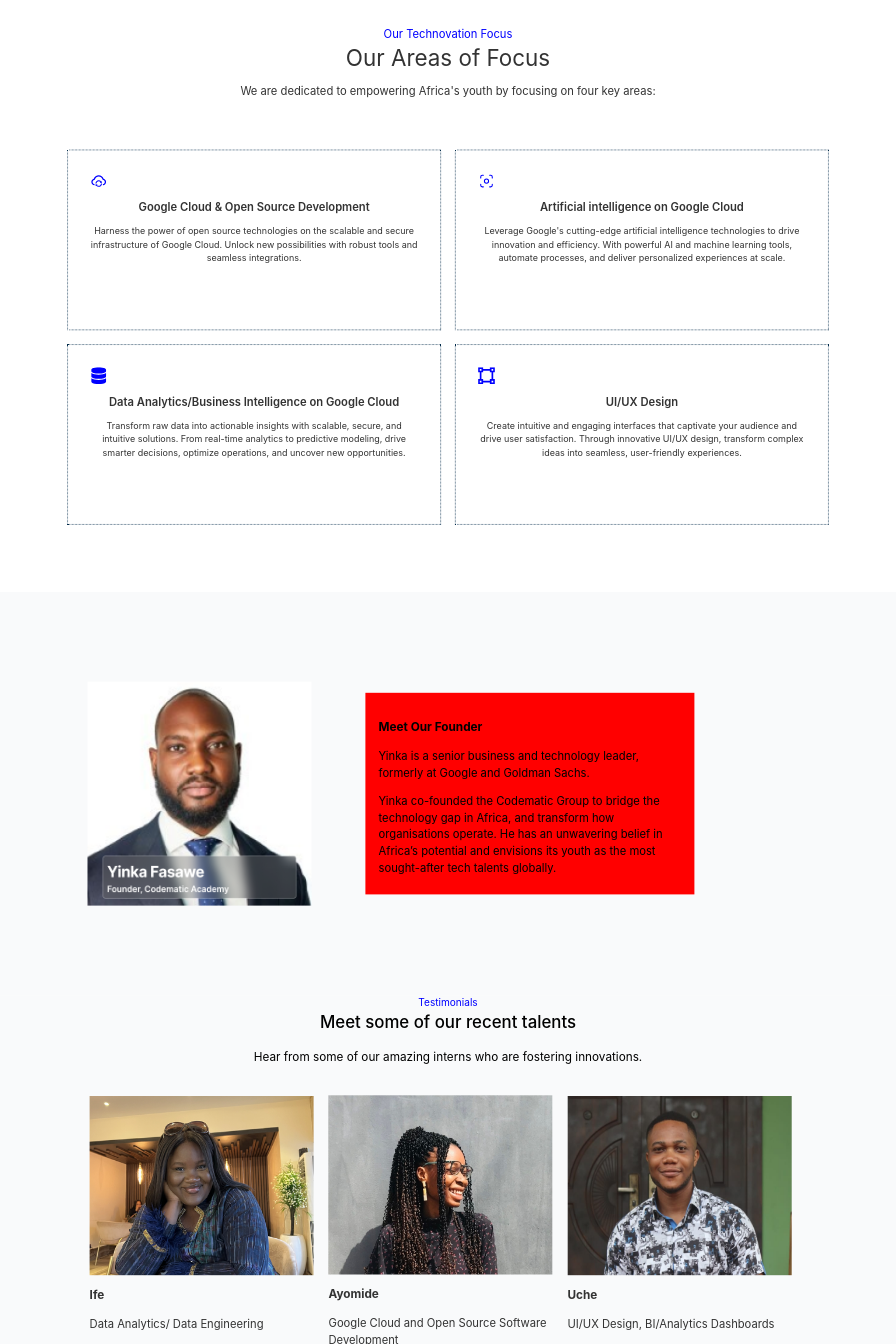
Repository: Gabriel221-dev/Codematic-page
Page: /
An editor plug-in stored every save of this project. The page is shown before and after the next save, followed by the edit.
The browser window is 1280 px wide. The pictures show the part of the page from y = 2224 to 4144 px (the page is 4962 px tall before and 4908 px after), at 70% of full size.
The project was rebuilt for these pictures with package versions that can differ from the ones it lists, and the page was loaded fresh each time. Also part of the build but not shown: vite.config.js, src/App.css.

Above is the page before, as saved 2024-07-31 06:19:38.

### src/App.jsx
import "./App.css";
import Home from "./pages/home";
import Header from "./components/Header";
import Footer from "./components/Footer";
import { BrowserRouter as Router, Route, Routes } from "react-router-dom";
import "./styles/global.css";

const App = () => {
  return (
    <Router>
      <Header />
      <main>
        <Routes>
          <Route path="/" element={<Home />} />
        </Routes>
      </main>
      <Footer />
    </Router>
  );
};

export default App;

### src/index.css
:root {
  font-family: Inter, system-ui, Avenir, Helvetica, Arial, sans-serif;
  line-height: 1.5;
  font-weight: 400;

  /* color-scheme: light dark;
  background-color: #242424;
  background-color:turquoise; */

}

### src/components/Header.jsx
import { useState } from "react";
import { NavLink } from "react-router-dom";
import { FaBars } from "react-icons/fa";
import Sidebar from "./Sidebar";
import "./Header.css";
import { IconContext } from "react-icons";

const Header = () => {
  const [isSidebarToggled, setSidebarToggled] = useState(false);

  const handleToggle = () => {
    setSidebarToggled((prev) => !prev);
  };

  return (
    <>
      <IconContext.Provider value={{ color: "#fff" }}>
        <header className="header">
          <NavLink className="header__brand" to="/">
            <img
              className="header__logo"
              src="/public/Images/codematic-logo-dark-1536x351.png.png"
              alt="Logo"
              loading="eager"
              width="160"
            />
          </NavLink>
          <nav className="header__nav">
            <ul className="header__navigation">
              <li className="header__link">
                <NavLink
                  className={({ isActive }) =>
                    isActive
                      ? "header__anchor header__anchor--active"
                      : "header__anchor"
                  }
                  to="/"
                >
                  Home
                </NavLink>
              </li>
              <li className="header__link">
                <NavLink
                  className={({ isActive }) =>
                    isActive
                      ? "header__anchor header__anchor--active"
                      : "header__anchor"
                  }
                  to=""
                >
                  About Us
                </NavLink>
              </li>
              <li className="header__link">
                <NavLink
                  className={({ isActive }) =>
                    isActive
                      ? "header__anchor header__anchor--active"
                      : "header__anchor"
                  }
                  to=""
                >
                  Focus Areas
                </NavLink>
              </li>
              <li className="header__link">
                <NavLink
                  className={({ isActive }) =>
                    isActive
                      ? "header__anchor header__anchor--active"
                      : "header__anchor"
                  }
                  to=""
                >
                  Our Goals
                </NavLink>
              </li>
              <li className="header__link">
                <NavLink
                  className={({ isActive }) =>
                    isActive
                      ? "header__anchor header__anchor--active"
                      : "header__anchor"
                  }
                >
                  Testimonies
                </NavLink>
              </li>
            </ul>

            <button
              className="header__menu"
              title="Toggle Menu"
              onClick={handleToggle}
            >
              <FaBars />
            </button>
          </nav>
          <ul className="Btn">
            <NavLink className="header__btn" to="/contact">
              Apply Now
            </NavLink>
          </ul>
          <Sidebar isOpen={isSidebarToggled} onToggle={handleToggle} />
        </header>
      </IconContext.Provider>
    </>
  );
};

export default Header;

### src/components/Footer.jsx
import { Link } from "react-router-dom";
import "./Footer.css";
import { BsTwitterX } from "react-icons/bs";
import { FaLinkedin } from "react-icons/fa6";
import { FaFacebook } from "react-icons/fa";

const Footer = () => {
  return (
    <footer className="footer">
      <div>
        <container className="section-1">
          <div className="section1">
            <img
              className="footer__logo"
              src="/public/Images/codematic-logo-white 2.png"
              alt="Logo"
              loading="lazy"
              width="160"
            />

            <ul className="footer__navigation">
              <li className="footer__link">
                <Link className="link-anchor footer__anchor" to="">
                  About Us
                </Link>
              </li>
              <li className="footer__link">
                <Link className="link-anchor footer__anchor" to="">
                  Contact Us
                </Link>
              </li>
              <li className="footer__link">
                <Link className="link-anchor footer__anchor" to="">
                  Privacy Policy
                </Link>
              </li>
            </ul>
          </div>
        </container>
        <div className="divider"></div>
        <div className="section2">
          <div className="bottom">
            <div className="Left">
              <p>© 2024 Codematic. All rights reserved</p>.
            </div>
            <div className="icon">
              <BsTwitterX />
            </div>
            <div className="icon">
              <FaLinkedin />
            </div>
            <div className="icon">
              <FaFacebook />
            </div>
          </div>
        </div>
      </div>
    </footer>
  );
};

export default Footer;

### src/styles/global.css
* {
    padding: 0;
  }

  body {
    /* line-height: 1.6; */
    color: #333;
    background-color: white;
    padding: 0;
    margin: 0 ;
  }

  section{
    padding: 0 10%;
  }

### src/components/Sidebar.jsx
import PropTypes from "prop-types";
import { useNavigate } from "react-router-dom";
import { AiOutlineClose } from "react-icons/ai";
import "./Sidebar.css";
import { IconContext } from "react-icons";

const Sidebar = ({ isOpen, onToggle }) => {
  const navigate = useNavigate();

  const handleNavigate = (path) => {
    navigate(path);
    onToggle();
  };

  return (
    <IconContext.Provider value={{ color: "#fff" }}>
      <div className={`sidebar ${isOpen ? "sidebar--open" : ""}`}>
        <div className="sidebar__overlay" onClick={onToggle}></div>
        <div className="sidebar__content">
          <div className="sidebar__header">
            <button
              className="sidebar__close"
              title="Close Menu"
              onClick={onToggle}
            >
              <AiOutlineClose />
            </button>
          </div>

          <ul className="sidebar__navigation">
            <li className="sidebar__link">
              <button
                className="sidebar__anchor"
                onClick={() => handleNavigate("/")}
              >
                Home
              </button>
            </li>

            <li className="sidebar__link">
              <button
                className="sidebar__anchor"
                onClick={() => handleNavigate()}
              >
                About Us
              </button>
            </li>
            <li className="sidebar__link">
              <button
                className="sidebar__anchor"
                onClick={() => handleNavigate()}
              >
                Focus Areas
              </button>
            </li>
            <li className="sidebar__link">
              <button
                className="sidebar__anchor"
                onClick={() => handleNavigate()}
              >
                Testimonies
              </button>
            </li>
          </ul>

          <button className="sidebar__btn" onClick={() => handleNavigate()}>
            Apply Now
          </button>
        </div>
      </div>
    </IconContext.Provider>
  );
};

Sidebar.propTypes = {
  isOpen: PropTypes.bool.isRequired,
  onToggle: PropTypes.func.isRequired,
};

export default Sidebar;

### src/components/Header.css
.header {
    background-color:aliceblue;
    height: 1.1rem;
    display: flex;
    /* justify-content: space-between; */
    align-items: center;
    padding: 1rem 7rem;
  }

  @media only screen and (max-width: 850px) {
    .header {
        background-color:black;
      height: 150px;
      /* background-color:red; */
      align-items:left;
    }
  }

  @media only screen and (max-width: 576px) {
    .header {
        background-color:fuchsia;
      height: 50px;
    }
  }

  @media only screen and (max-width: 450px) {
    .header {
        background-color:green;
        height: 75px;
        width: 450px;
    }
  }

  .header__nav {
    align-items: center;
    display: grid;
    grid-template-columns: max-content 1fr max-content;
    align-items: center;
    font-size: .7rem;

    @media only screen and (max-width: 768px) {
      column-gap: 4rem;
    }

    @media only screen and (max-width: 576px) {
        grid-template-columns: repeat(2, 1fr);
        column-gap: 0;
    }
  }

  .header__logo {
    max-width: 100px;
    background-color:red;
    margin-left: 1rem;



    @media only screen and (max-width: 768px) {
      margin-right: 14rem;
      margin-left: -5rem;
    }

    @media only screen and (max-width: 440px) {
        margin-right: 14rem;
        margin-left: -5rem;
        background-color:palegoldenrod;
      }
  }

  .header__navigation {
    margin: 10rem;
    list-style: none;
    display: flex;
    align-items:center;
    /* margin: 0;
    padding: 0; */
    /* text-decoration: none; */
    justify-content: space-between;
    column-gap: -1rem;

    @media only screen and (max-width: 820px) {
      display: none;
    }
  }

  .header__link {
    margin: 1.3rem;
    text-decoration: none;
    display: flex;
    justify-content: space-between;
    /* width: 7rem; */
  }

  /* .header:last-child {
    margin-right: 0;
  } */

  .header__anchor {
    text-decoration: none;
    color: #333;
    font-weight: bold;
    text-align: center;
  }

  .header__anchor:hover{
    text-decoration: none;
  }

  .header__anchor--active {
    color: black;
}

.Btn{
    margin-left: 6rem;
    /* width: 15rem; */
}

  .header__btn {
    display: flex;
    justify-content: flex-end;
    font-size: .6rem;
    background-color: blue;
    border: 2px solid #fff;
    width: 3rem;
    height: 1rem;
    padding: .5rem .5rem .5rem .5rem;
    border-radius:3px;
    color: #fff;
    text-decoration: none;
    cursor: pointer;

    @media only screen and (max-width: 820px) {
      display: none;
    }
  }

  .header__btn:hover{
    background-color:white;
    color:blue;
    text-decoration: none;
    border-radius:16px;
    transform: scale(1.05);
    transition: transform 0.6s ease-in-out, border-bottom 0.6s ease;
  }

  .header__menu {
    display: none;

    @media only screen and (max-width: 820px) {
      display: flex;
      width: 50px;
      height: 28px;
      padding: .1rem;
      border: 0;
      outline: 0;
    }
  }

  .header__menu:hover{
    background:none;
  }

### src/components/Footer.css
.footer {
    /* background-color: rgb(4, 4, 55); */
    /* display: flex; */
    /* grid-template-rows: 48px auto 48px; */
    /* padding: 1rem; */
    /* justify-content: center; */
    /* font-size: 1rem; */
  }
/*
  @media only screen and (max-width: 768px) {
    .footer {
      grid-template-rows: 50px repeat(1, min-content) 56px;
    }
  }

  @media only screen and (max-width: 650px) {
    .footer {
      grid-template-rows: 64px repeat(1, min-content) 64px;
    }
  } */

  .footer__content {
    /* display: grid; */
    /* text-align: center; */
    /* grid-template-columns: max-content 1fr max-content; */
    /* column-gap: 12.5rem; */
    /* grid-column: 2; */
    /* grid-row: 2 / 3; */
  }

  /* @media only screen and (max-width: 1024px) {
    .footer__content {
      column-gap: 8rem;
    }
  }

  @media only screen and (max-width: 768px) {
    .footer__content {
      grid-template-columns: repeat(1, 1fr);
      grid-template-rows: repeat(1, min-content);
      row-gap: 3.2rem;
    }
  } */

  @media only screen and (max-width: 480px) {
    .footer__content {
      /* grid-template-columns: 1fr; */
      /* grid-template-rows: repeat(1, min-content); */
      /* row-gap: 2.4rem; */
    }
  }

  .footer__pages {
    /* display: flex; */
    /* font-size: 2rem; */
    /* align-content: space-between; */
    /* gap: 2rem; */
  }

  /* @media only screen and (max-width: 480px) {
    .footer__pages {
      grid-column: 1 / 3;
      grid-row: 1 / 2;
      justify-self: center;
      align-items: center;
    }
  }

  .footer__logo {
    width: 7rem;
    text-align: center;
  }

  @media only screen and (max-width: 768px) {
    .footer__logo {
      width: 96px;
    }
  }

  @media only screen and (max-width: 480px) {
    .footer__logo {
      margin-bottom: 24px;
    }
  }

  .footer__navigation {
    list-style: none;
    display: flex;
    font-size: .4rem;
    /* justify-content: center; */
    /* margin-bottom: 7px; */

  /* @media only screen and (max-width: 768px) {
    .footer__navigation {
      margin-bottom: 0;
    }
  } */

  /* .bottom{
    font-size: .7rem;
    display: flex;
    justify-content: flex-end;

  }

  .icon{
    margin: .7rem;
  }

  .footer__link {
    font-size: 1rem;
    margin-right: 40px;
    text-align: center;
    transition: color 0.3s;
    margin-right: .5rem;
  }  */
/*
  @media only screen and (max-width: 1024px) {
    .footer__link {
      margin-right: 24px;
    }
  }

  @media only screen and (max-width: 768px) {
    .footer__link {
      margin-right: 1rem;
      margin-bottom: 16px;
    }
  }

  .footer__link:hover {
    color:aqua;
  }

  .footer__anchor {
    text-decoration: none;
    color: white;
    font-size: 1.3rem;
    text-transform: uppercase;
  }

  @media only screen and (max-width: 768px) {
    .footer__anchor {
      font-size: .7rem;
    }
  }

  .footer p{
    background-color:red;
    width: 100%;
  } */

/* .section1{
    display: inline-flex;
    justify-content: center;
    align-content:center;
    margin: 1rem auto;
    padding: 2rem;
    background-color:red;
} */

/* .section-1 {
    display: flex;
    justify-content: center;
    align-items: center;
}

.section1 {
    display: inline-flex;
    justify-content: center;
    align-content: center;
    margin: 1rem auto;
    padding: 1rem;
    background-color: red;
}


.section2{
    background-color:red;
}

.line{
} */


/* .footer {
    background-color: rgb(4, 4, 55);
    padding: 2rem 0;
    position: relative;
  }

  .footer__logo {
    display: block;
    margin: 0 auto;
  }

  .footer__navigation {
    list-style: none;
    font-size: .8rem;
    padding: 0;
    display: flex;
    justify-content: center;
    margin: 1rem 0;
  }

  .footer__link {
    margin: 0 1rem;
  }

  .footer__anchor {
    text-decoration: none;
    color: white;
  }

  .section1 {
    text-align: center;
    padding: 2rem 0;
  }

  .section2 {
    position: relative;
    display: flex;
    justify-content: flex-end;
    align-items: flex-end;
    height: 50px;
  }

  .Left{
    padding-top: 5rem;
  }

  .bottom {
    display: flex;
    gap: 1rem;
    padding: 1rem;
  }

  .icon {
    font-size: 1.5rem;
    padding-top: 5rem;
  }



  .divider {
    width: 100%;
    border: 1px solid #000;
    margin: 2rem 0;
  } */

  .footer {
    background-color: rgb(4, 4, 55);
    padding: 2rem 0;
    position: relative;
  }

  .footer__logo {
    display: block;
    margin: 0 auto;
  }

  .footer__navigation {
    list-style: none;
    font-size: 0.8rem;
    padding: 0;
    display: flex;
    justify-content: center;
    margin: 1rem 0;
  }

  .footer__link {
    margin: 0 1rem;
  }

  .footer__anchor {
    text-decoration: none;
    color: white;
  }

  .section1 {
    text-align: center;
    padding: 2rem 0;
  }

  .section-2 {
    display: flex;
    justify-content: space-between;
    align-items: center;
    padding: 1rem;
  }

  .left {
    color: aliceblue;
  }

  .icons {

  }

  .icon {
    font-size: 1.5rem;
    display: flex;
  }

  .divider {
    width: 100%;
    border-bottom: 1px solid #000;
    margin: 2rem 0;
  }

### src/components/Sidebar.css
.sidebar {
    display: none;
    width: 100%;
    height: 100%;
    position: fixed;
    top: 0;
    left: 0;
    z-index: 100;
    transition: all 0.3s ease;
  }

  .sidebar--open {
    display: grid;
    grid-template-columns: 1fr min-content;
  }

  .sidebar__overlay {
    grid-column: 1 / -1;
    grid-row: 1 / 2;
    background-color: rgba(0, 0, 0, 0.5);
    transition: background-color 0.3s ease;

  }

  .sidebar__content {
    grid-column: 2 / 3;
    grid-row: 1 / 2;
    background-color: #194c4c;
    width: 250px;
    display: grid;
    grid-template-rows: 128px repeat(2, min-content);
    grid-template-columns: 48px 1fr 25px;
    transition: width 0.3s ease;
    transition: width .4s ease;

  }

  .sidebar__header {
    grid-column: 2 / 3;
    justify-self: end;
    align-self: center;
  }

  .sidebar__close {
    background-color:#194c4c ;
    width: 30px;
    border: 0;
    outline: 0;
  }

  .sidebar__close:hover{
    background-color:#194c4c;
  }

  .sidebar__navigation {
    grid-column: 2 / 3;
    list-style: none;
    margin: 0;
    padding: 0;
  }

  .sidebar__link {
    margin-bottom: 2.4rem;
  }

  .sidebar__anchor {
    font-size: 1.1rem;
    color: #fff;
    background: transparent;
    border: none;
    text-decoration: none;
    cursor: pointer;
  }

  .sidebar__anchor:hover{
    background:none;
  }

  .sidebar__btn {
    grid-column: 2 / 3;
    background-color: transparent;
    border: 1px solid #fff;
    color: #fff;
    padding: 0.5rem 1rem;
    text-decoration: none;
    display: inline-block;
    cursor: pointer;
    width: 159px;
  }

  .sidebar__btn:hover{
    background:white;
    color:#194c4c;
    transform: scale(1.05);
    transition: transform 0.3s ease-in-out, border-bottom 0.6s ease;
  }

  .sidebar--open .sidebar__overlay {
    background-color: rgba(0, 0, 0, 0.5);
  }

  .sidebar--open .sidebar__content {
    width: 250px;
  }

  @media (max-width: 768px) {
    .header__menu {
      display: grid;
      background-color: transparent;
      width: 24px;
      border: 0;
      outline: 0;
      justify-self: end;
      align-self: center;
      margin-left: auto;
    }
  }

Loaded but not shown: index.html (common file); src/main.jsx (common file); src/pages/home.jsx (274 lines, source omitted); src/pages/Home.css (579 lines, source omitted)

After the next save:
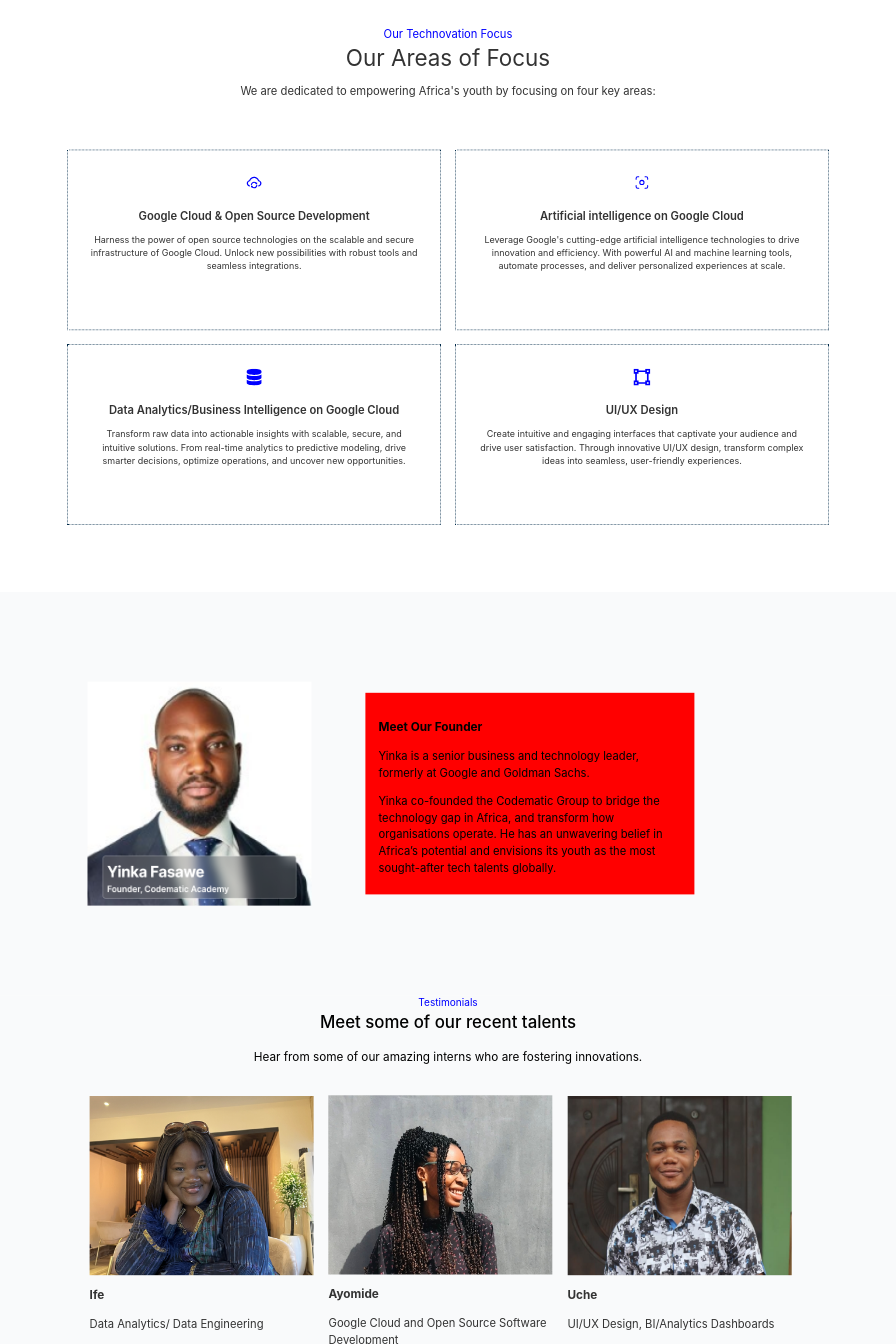
Saved 42 s later.
--- a/src/components/Footer.css
+++ b/src/components/Footer.css
@@ -292,14 +292,15 @@
   .left {
     color: aliceblue;
   }
-
-  .icons {
-
+  .bottom {
+    display: flex;
+    gap: 1rem;
+    padding: 1rem;
   }
 
   .icon {
     font-size: 1.5rem;
-    display: flex;
+    /* display: flex; */
   }
 
   .divider {
